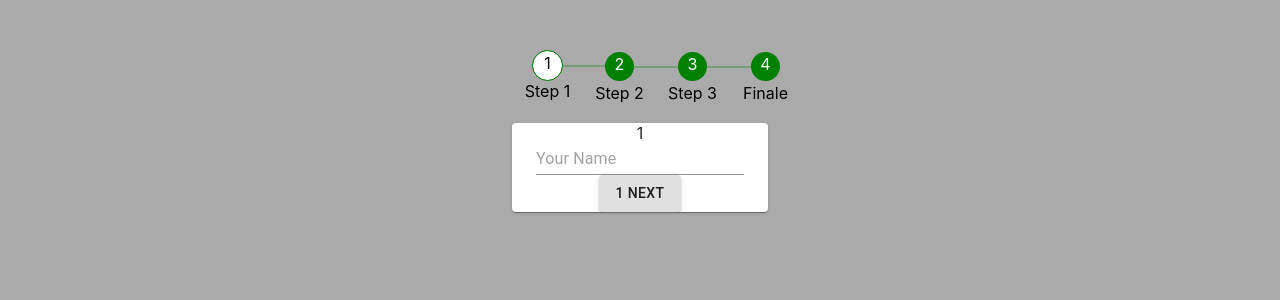
Repository: SD-Mdouka/project_step
Page: /
These files come from the project's save history. The page is drawn as it stood at one moment and after the next save; the edit follows.
The browser window is 1280 px wide. The pictures show the whole page.
The project was rebuilt for these pictures with package versions that can differ from the ones it lists, and the page was loaded fresh each time.

Above is the page before, as saved 2022-09-05 16:15:45.

After the next save:
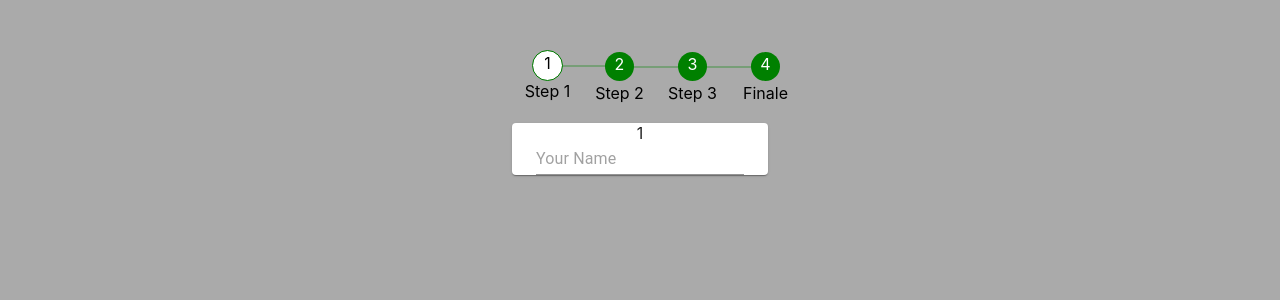
Saved 3 min 8 s later.
--- a/src/App.js
+++ b/src/App.js
@@ -43,7 +43,7 @@ function App({ currentSteps, setCurrentSteps }) {
                   validateField={validateField}
                   errors={errors}
                   touched={touched}
-                  state={state}
+                  stpe={state}
                   // setSate={update}
                 >
                   <Field
@@ -118,7 +118,7 @@ const FormStps = (props) => {
   return (
     <>
       {childrenArr[step - 1]}
-      {step > 1 && (
+      {step > 1 && props.step > 1 && (
         <Button
           disabled={props.isSubmitting}
           variant="contained"
@@ -128,17 +128,17 @@ const FormStps = (props) => {
           Back
         </Button>
       )}
-      {step < childrenArr.length && (
+      {step < childrenArr.length && props.step > childrenArr.length && (
         <Button
           disabled={props.isSubmitting}
           variant="contained"
           onClick={goNext}
         >
-          {props.state} Next
+          Next
         </Button>
       )}
       <br />
-      {step === childrenArr.length && (
+      {step === childrenArr.length && props.state === childrenArr.length && (
         <Button
           type="submit"
           disabled={props.isSubmitting}
